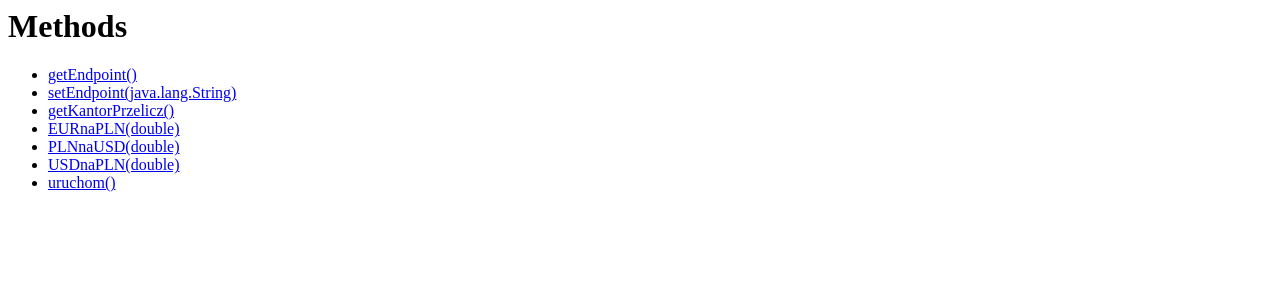
Repository: kuska-marcin/SRIR
Page: http://localhost/KantorWSClient/sampleKantorPrzeliczProxy/Method.jsp
An editor plug-in stored every save of this project. The page is shown before and after the next save, followed by the edit.
The browser window is 1280 px wide. The pictures show the whole page.
The page is served by Tomcat 9. Other server files are loaded and not shown.

Above is the page before, as saved 2016-01-13 20:48:04.

### KantorWSClient/WebContent/sampleKantorPrzeliczProxy/Method.jsp
<%@page contentType="text/html;charset=UTF-8"%><HTML>
<HEAD>
<TITLE>Methods</TITLE>
</HEAD>
<BODY>
<H1>Methods</H1>
<UL>
<LI><A HREF="Input.jsp?method=2" TARGET="inputs"> getEndpoint()</A></LI>
<LI><A HREF="Input.jsp?method=5" TARGET="inputs"> setEndpoint(java.lang.String)</A></LI>
<LI><A HREF="Input.jsp?method=10" TARGET="inputs"> getKantorPrzelicz()</A></LI>
<LI><A HREF="Input.jsp?method=13" TARGET="inputs"> EURnaPLN(double)</A></LI>
<LI><A HREF="Input.jsp?method=18" TARGET="inputs"> PLNnaUSD(double)</A></LI>
<LI><A HREF="Input.jsp?method=23" TARGET="inputs"> USDnaPLN(double)</A></LI>
<LI><A HREF="Input.jsp?method=28" TARGET="inputs"> uruchom()</A></LI>
</UL>
</BODY>
</HTML>

After the next save:
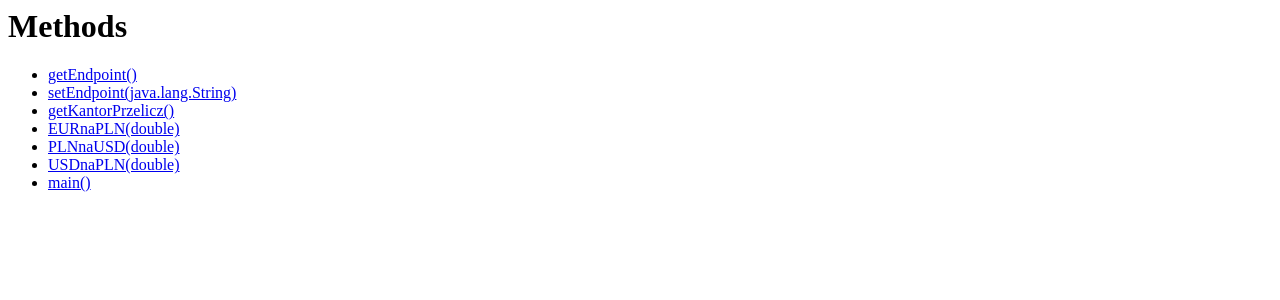
Saved 13 s later.
--- a/KantorWSClient/WebContent/sampleKantorPrzeliczProxy/Method.jsp
+++ b/KantorWSClient/WebContent/sampleKantorPrzeliczProxy/Method.jsp
@@ -11,7 +11,7 @@
 <LI><A HREF="Input.jsp?method=13" TARGET="inputs"> EURnaPLN(double)</A></LI>
 <LI><A HREF="Input.jsp?method=18" TARGET="inputs"> PLNnaUSD(double)</A></LI>
 <LI><A HREF="Input.jsp?method=23" TARGET="inputs"> USDnaPLN(double)</A></LI>
-<LI><A HREF="Input.jsp?method=28" TARGET="inputs"> uruchom()</A></LI>
+<LI><A HREF="Input.jsp?method=28" TARGET="inputs"> main()</A></LI>
 </UL>
 </BODY>
 </HTML>
